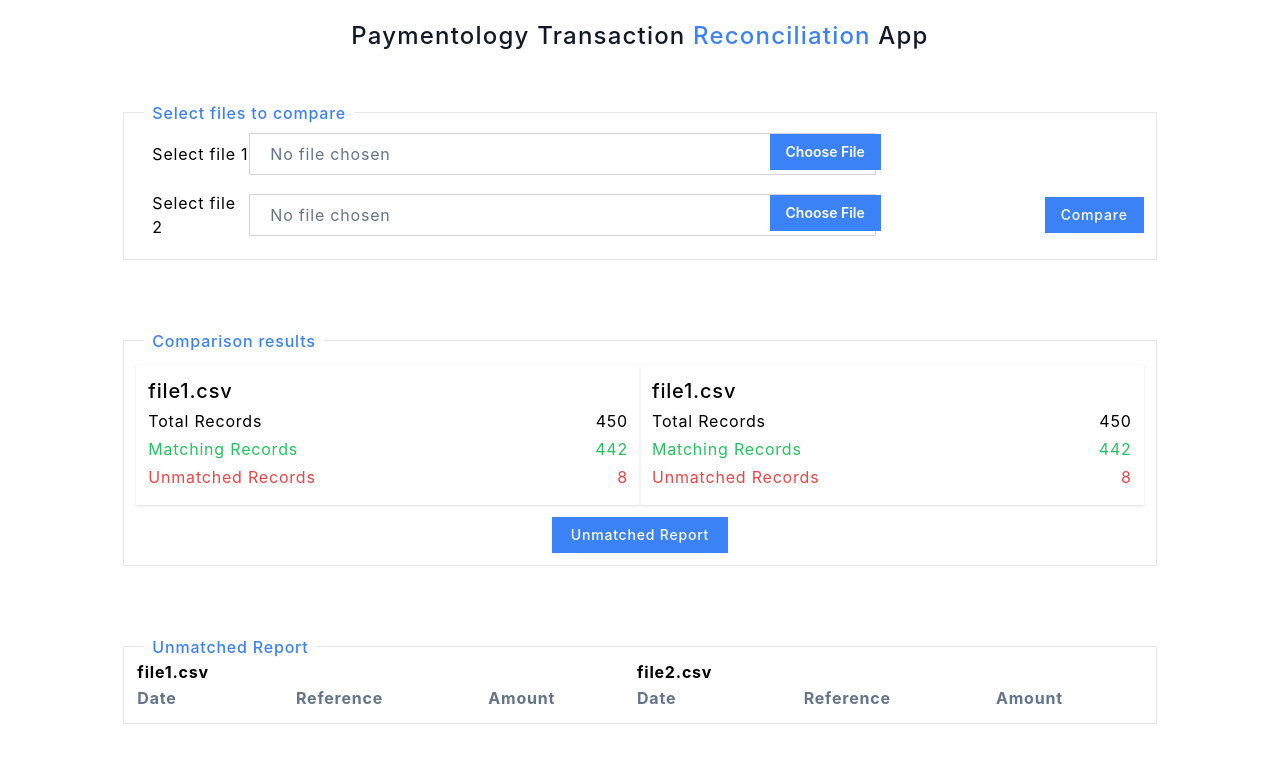
Repository: chionye/paymentology-front
Page: /
An editor plug-in stored every save of this project. The page is shown before and after the next save, followed by the edit.
The browser window is 1280 px wide. The pictures show the whole page.
The project was rebuilt for these pictures with package versions that can differ from the ones it lists, and the page was loaded fresh each time.

Above is the page before, as saved 2022-03-16 19:18:04.

### src/index.css
@tailwind base;
@tailwind components;
@tailwind utilities;

body {
  margin: 0;
  padding:0;
  box-sizing: border-box;
  font-family: -apple-system, BlinkMacSystemFont, 'Segoe UI', 'Roboto', 'Oxygen',
    'Ubuntu', 'Cantarell', 'Fira Sans', 'Droid Sans', 'Helvetica Neue',
    sans-serif;
  -webkit-font-smoothing: antialiased;
  -moz-osx-font-smoothing: grayscale;
}

input[type=file]::file-selector-button {
  float: right;
  position: absolute;
  right:-10px;
  top:0;

}
input[type=file]::-ms-browse {
  float: right;
}

input[type=file]::-webkit-file-upload-button {
  float: right;
}

### src/App.js
import CompareFiles from "./components/CompareFiles";
import Results from "./components/Results";
import Report from "./components/Report";
import Title from "./components/Title";

function App() {
  return (
    <>
      <Title />
      <CompareFiles />
      <Results />
      <Report />
    </>

  );
}

export default App;

### src/components/CompareFiles.js
import Button from "./Button";
import Container from "./Container";
import InputFile from "./InputFile";
import Section from "./Section";

const CompareFiles = () => {
    return(
        <Container>
            <Section title={"Select files to compare"}>
                <InputFile file={"Select file 1"} />
                <div className="flex flex-col md:flex-row md:items-center md:justify-between">
                    <InputFile file={"Select file 2"} />
                    <div className="my-3 md:my-0">
                    <Button width={"w-full"} label={"Compare"} />
                    </div>

                </div>
            </Section>
        </Container>

    )
}

export default CompareFiles;

### src/components/Results.js
import Button from "./Button";
import Container from "./Container";
import FileSummary from "./FileSummary";
import Section from "./Section";

const Results = () => {
    return(
        <Container>
            <Section title={"Comparison results"}>
                <div className="flex flex-col md:flex-row md:justify-between md:items-center">
                    <FileSummary />
                    <FileSummary />
                </div>
                <div className="md:flex md:w-44 md:justify-center md:mx-auto">
                        <Button width={"w-full"} label={"Unmatched Report"} />
                </div>
            </Section>
        </Container>
    )
}

export default Results;

### src/components/Report.js
import Container from "./Container";
import Section from "./Section";
import Table from "./Table";

const Report = () => {
    return(
        <Container>
            <Section title={"Unmatched Report"}>
                <Table />
            </Section>
        </Container>
    )
}

export default Report;

### src/components/Title.js
import Container from "./Container"

const Title = () => {
    return(
        <Container>
            <div className="md:w-5/6 mx-auto">
                <h1 className="font-medium tracking-wider text-center  leading-loose text-xl md:text-2xl text-gray-900">Paymentology Transaction <span className="text-blue-500">Reconciliation</span> App</h1>

            </div>
        </Container>
    )
}

export default Title;

### src/components/Button.js
const Button = (props) => {

    return <button className={`${props.width} bg-blue-500 hover:bg-blue-700 py-2 px-4 text-sm text-white font-medium`}>{props.label}</button>
}

export default Button;

### src/components/Container.js
const Container = (props) => {

    return <div className="p-5 mx-auto">{props.children}</div>
}
export default Container;

### src/components/InputFile.js
import Button from "./Button";
const InputFile = (props) => {
    return(
        <div className="flex flex-col md:flex-row w-full md:w-3/4 md:items-center text-sm md:text-base tracking-wider my-2 md:px-4">
            <label className="w-28">{props.file}</label>
            <div className="w-full border border-1 border-gray-300 py-2 relative">
            <input type="file"
                    className="block

                    w-full
                    pl-2
                    md:mx-3
                    appearance-none
                    text-slate-500
                    file:py-2
                    file:px-4
                    file:border-0
                    file:text-sm
                    file:font-semibold
                    file:bg-blue-500
                    hover:file:bg-blue-700
                    file:text-white
                "/>
            </div>

        </div>
    )
}

export default InputFile;

### src/components/Section.js

const Section = (props) => {
    return(
        <div className="relative md:w-5/6  h-auto p-3 border border-1 border-gray mx-auto my-5 tracking-wider">
            <div className="absolute font-medium -top-3 left-1 md:left-5 bg-white  text-blue-500 px-2">{props.title}</div>
            {props.children}
        </div>
    )
}

export default Section;

### src/components/FileSummary.js
const FileSummary = () => {
    return(
        <div className="shadow text-sm md:text-base p-3 my-3 w-full md:w-1/2  max-w-lg tracking-wider ">
            <div className="font-medium text-xl">file1.csv</div>
            <div className="flex flex-row justify-between my-1">
                <span>Total Records</span>
                <span>450</span>
            </div>
            <div className="flex flex-row justify-between my-1 text-green-500">
                <span>Matching Records</span>
                <span>442</span>
            </div>
            <div className="flex flex-row justify-between my-1 text-red-500">
                <span>Unmatched Records</span>
                <span>8</span>
            </div>
        </div>
    )
}

export default FileSummary;

### src/components/Table.js
const Table = () => {
    return(
        <div className="w-full overflow-scroll">
            <table className="w-full border-collapse border-slate-500">
            <thead>
                <tr className="text-left">
                    <th>file1.csv</th>
                    <th></th>
                    <th></th>
                    <th>file2.csv</th>
                    <th></th>
                    <th></th>
                </tr>
                <tr className="text-left text-slate-500">
                    <th>Date</th>
                    <th>Reference</th>
                    <th>Amount</th>
                    <th>Date</th>
                    <th>Reference</th>
                    <th>Amount</th>
                </tr>
            </thead>
            <tbody></tbody>
        </table>
        </div>

    )
}

export default Table;

Loaded but not shown: public/index.html (common file); src/index.js (common file); src/reportWebVitals.js (common file); tailwind.config.js (common file)

After the next save:
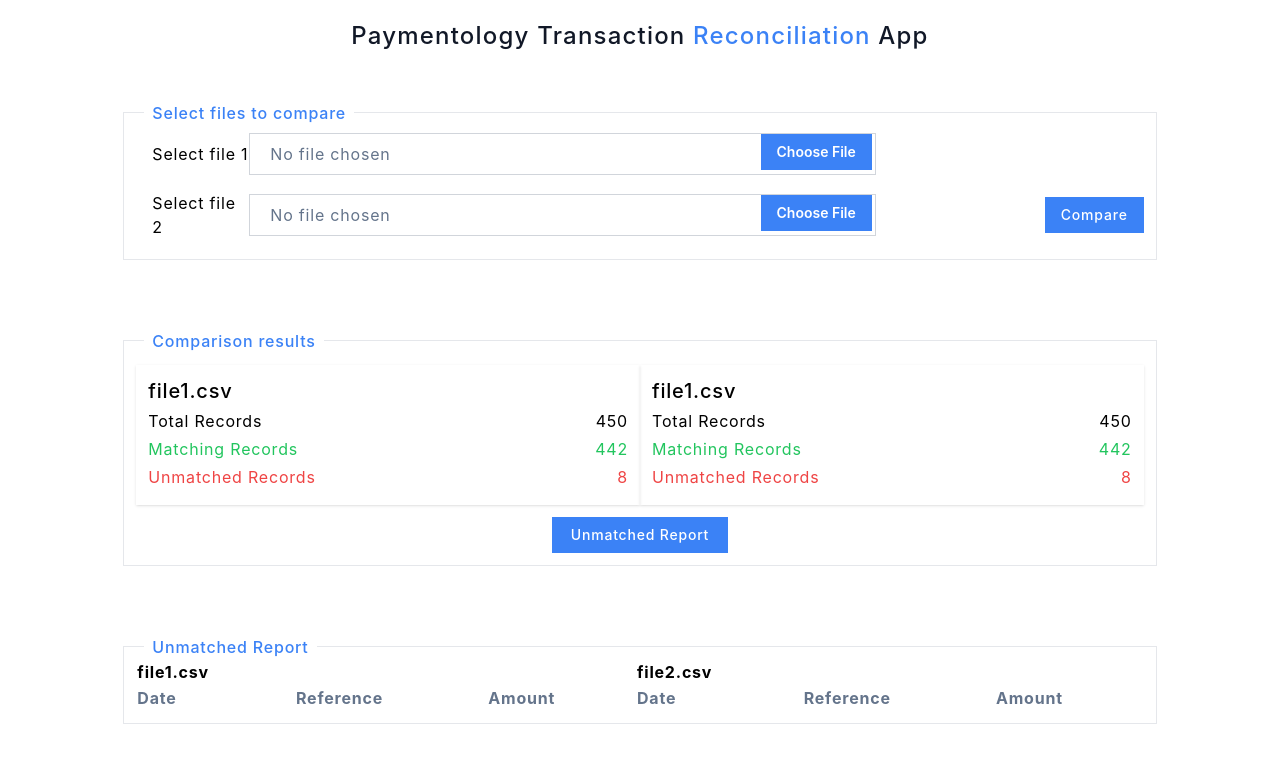
Saved 7 s later.
--- a/src/index.css
+++ b/src/index.css
@@ -16,7 +16,7 @@ body {
 input[type=file]::file-selector-button {
   float: right;
   position: absolute;
-  right:-10px;
+  right:-1px;
   top:0;
 
 }
